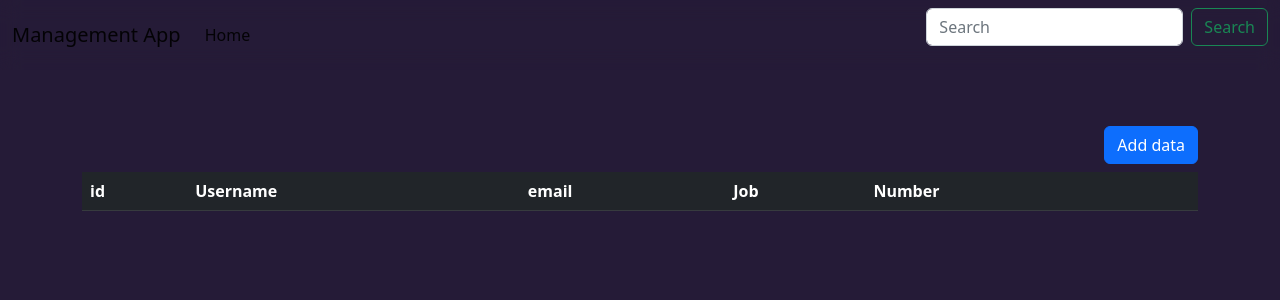
Repository: iamevs/Employee-Management-System
Page: /home (app in client/)
The author's editor kept a copy of each file at every save. The page is drawn from the files as they stood at one save, then again after the next save.
The browser window is 1280 px wide. The pictures show the whole page.
The page's requests for data from a server got no answer. The project was rebuilt for these pictures with package versions that can differ from the ones it lists, and the page was loaded fresh each time. No one was signed in, and anything a server would have sent is missing. Also part of the build but not shown: client/vite.config.js, client/src/components/Register.jsx, client/src/components/Edit.jsx, client/src/components/Hero.jsx. Imported but missing from the stored project, and not drawn on this page: client/src/components/Details.

Above is the page before, as saved 2022-11-28 23:14:48.

After the next save:
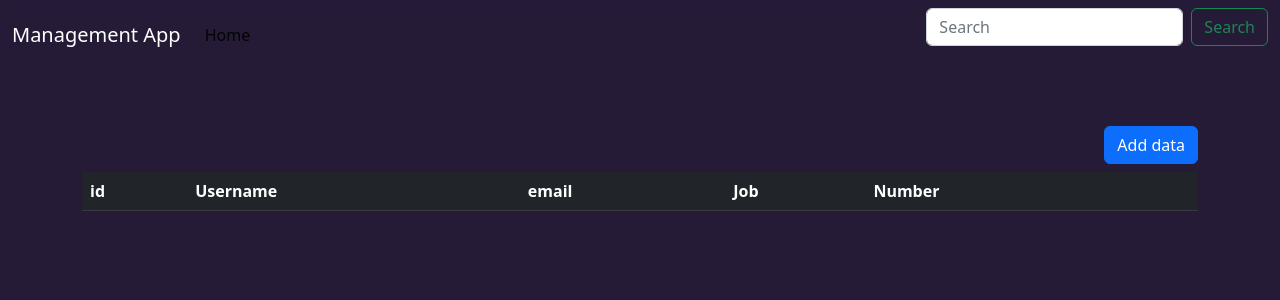
Saved 27 s later.
--- a/client/src/components/Navbar.jsx
+++ b/client/src/components/Navbar.jsx
@@ -13,7 +13,7 @@ const Navbar = () => {
                 color: "white",
             }}>
                 <div className="container-fluid">
-                    <NavLink className="navbar-brand" to="/">Management App</NavLink>
+                    <NavLink className="navbar-brand text-white" to="/">Management App</NavLink>
                     <button className="navbar-toggler" type="button" data-bs-toggle="collapse" data-bs-target="#navbarSupportedContent" aria-controls="navbarSupportedContent" aria-expanded="false" aria-label="Toggle navigation">
                         <span className="navbar-toggler-icon"></span>
                     </button>
